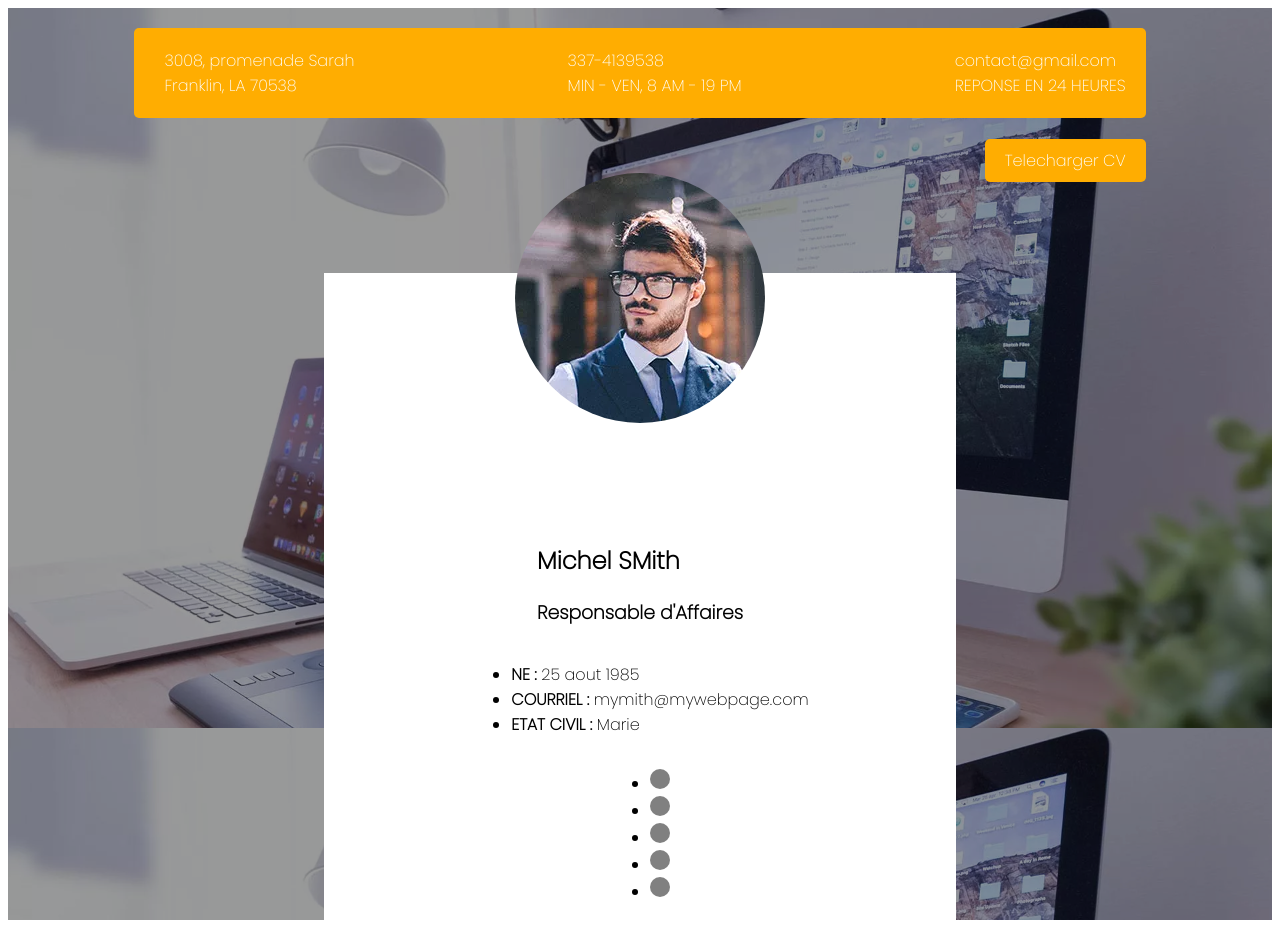
Repository: wadelfadill/CV_PORTFOLIO
Page: index.html
These files come from the project's save history. The page is drawn as it stood at one moment and after the next save; the edit follows.
The browser window is 1280 px wide. The pictures show the whole page.
Some icons come from a web library that is not loaded, so they are not drawn. Backgrounds fixed to the window are drawn as part of the page.

Above is the page before, as saved 2023-03-13 22:08:59.

### index.html
<!DOCTYPE html>
<html lang="en">
<head>
    <meta charset="UTF-8">
    <meta http-equiv="X-UA-Compatible" content="IE=edge">
    <meta name="viewport" content="width=device-width, initial-scale=1.0">
    <title>CV - Portfolio</title>
    <link rel="stylesheet" href="style.css">
    <link rel="stylesheet" href="path/to/font-awesome/css/font-awesome.min.css">
    <link href="/fontawesome/css/all.css" rel="stylesheet">
    <link href="/fontawesome/css/fontawesome.css" rel="stylesheet">
    <link href="/fontawesome/css/brands.css" rel="stylesheet">
    <link href="/fontawesome/css/solid.css" rel="stylesheet">
    <link rel="stylesheet" href="/fontawesome/css/regular.css">
    <link rel="preconnect" href="https://fonts.googleapis.com">
    <link rel="stylesheet" href="/fontawesome/css/all.min.css">
    <link rel='stylesheet' href='https://cdn-uicons.flaticon.com/uicons-brands/css/uicons-brands.css'>
    <link rel="stylesheet" href="https://cdn-uicons.flaticon.com/uicons-regular-straight/css/uicons-regular-straight.css">
<link rel="preconnect" href="https://fonts.gstatic.com" crossorigin>
<link href="https://fonts.googleapis.com/css2?family=Manrope&family=Montserrat&family=Poppins:wght@200&family=Roboto&display=swap" rel="stylesheet">
</head>
<body>
    <header>
        <div class="head">
            <div class="address">
                <div class="add-1">
                    <div class="add-icone"><i class="fi fi-rs-marker"></i></div>
                    <div class="add-text">3008, promenade Sarah <br> Franklin, LA 70538</div>
                </div>
                <div class="add-1">
                    <div class="add-icone"><i class="fi fi-rs-phone-call"></i></div>
                    <div class="add-text">337-4139538 <br> MIN - VEN, 8 AM - 19 PM</div>
                </div>
                <div class="add-1">
                    <div class="add-icone"><i class="fi fi-rs-messages"></i></div>
                    <div class="add-text">contact@gmail.com <br>REPONSE EN 24 HEURES</div>
                </div>
            </div>
            <div class="download">
                <a href="#" class="button">Telecharger CV</a>
            </div>
        </div>
        <div class="head_2">
           <div class="espace">

           </div>
           <div class="presentation">
            <img src="images/profile.jpg" alt="profile" class="profil">
            <div class="name">
                <h2>Michel SMith</h2>
                <h3>Responsable d'Affaires</h3>
            </div>
            <ul>
                <li><b>NE :</b> 25 aout 1985</li>
                <li><b>COURRIEL :</b> mymith@mywebpage.com</li>
                <li><b>ETAT CIVIL :</b> Marie</li>
            </ul>
            <ul class="social-reseau">
                <li><a href=""><i class="fi fi-brands-pinterest"></i></a></li>
                <li><a href=""><i class="fi fi-brands-linkedin"></i></a></li>
                <li><a href=""><i class="fi fi-brands-instagram"></i></a></li>
                <li><a href=""><i class="fi fi-brands-facebook"></i></a></li>
                <li><a href=""><i class="fi fi-brands-twitter"></i></a></li>
            </ul>
           </div>
           <div class="espace">

           </div>
        </div>
    </header>
    <main>

    </main>
    <footer>

    </footer>
</body>
</html>

### style.css
body{
    color: white;
    font-family: 'Poppins';
}
header{
    margin: 0;
    width: 100%;
    height: auto;
    padding-top: 20px;
    background-image: linear-gradient(rgba(0, 0, 0, 0.4),
    rgba(0, 0, 0, 0.4)), url("images/background.jpg");
    background-size: cover;
    opacity: 1;
    background-attachment: fixed;
    z-index: 0;
    display: flex;
    justify-content: space-between;
    flex-direction: column;
    gap: 100px;
}
.address{
    background-color: #FFAD01;
    padding: 20px;
    display: flex;
    justify-content: space-between;
    border-radius: 5px;
    z-index: 100;


}
.add-1{
    display: flex;
    justify-content: space-between;
    align-items: center;
    gap: 10px;
}
.head{
    display: flex;
    flex-direction: column;
    justify-content: space-between;
    gap: 30px;
    padding-left: 10%;
    padding-right: 10%;


}
.download{
   align-self: flex-end;
   margin: 0;
}
.download a{
    margin: 0;
    padding-top: 10px;
    padding-bottom: 10px;
    padding-right: 20px;
    padding-left: 20px;
    background-color: #FFAD01;
    align-self: flex-end;
    color: white;
    text-decoration: none;
    border-radius: 5px;

}
.profil{
    border-radius: 100%;
    position: relative;
    top: -100px;


}
.head_2{
    display: grid;
    grid-template-columns: 25% 50% 25%;

}
.presentation{
    background-color: white;
    display: flex;
    flex-direction: column;
    justify-content: center;
    align-items: center;
    color: black;
}
.espace{
    background: none;
}
.social-reseau a{
    display: inline-block;
    color: white;
    border-radius: 100%;
    text-decoration: none;
    background-color: gray;
    padding: 10px;
}

Loaded but not shown: fontawesome/css/all.css (library); fontawesome/css/fontawesome.css (library); fontawesome/css/solid.css (common file); fontawesome/css/regular.css (common file); fontawesome/css/all.min.css (library); fontawesome/css/brands.css (1522 lines, source omitted)

After the next save:
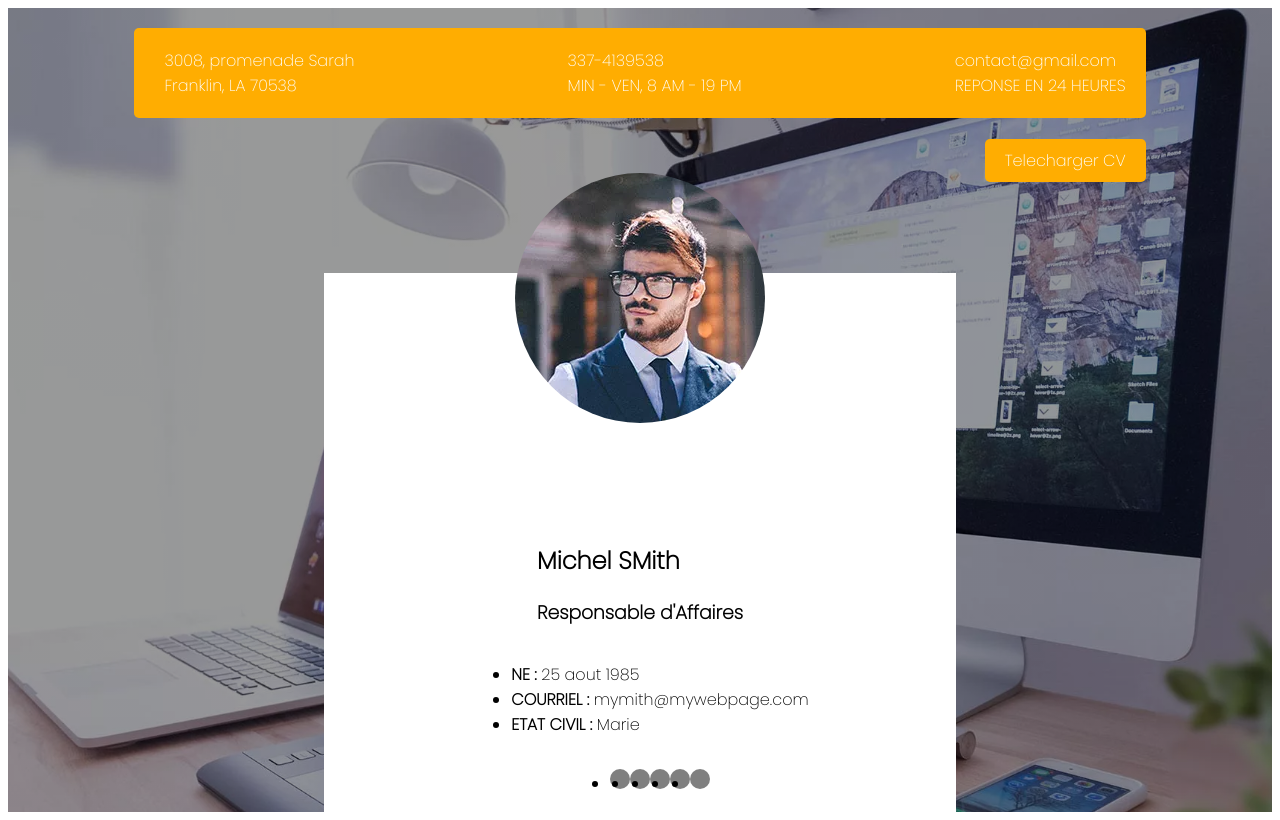
Saved 30 s later.
--- a/style.css
+++ b/style.css
@@ -92,3 +92,6 @@ header{
     background-color: gray;
     padding: 10px;
 }
+.social-reseau{
+    display: flex;
+}
